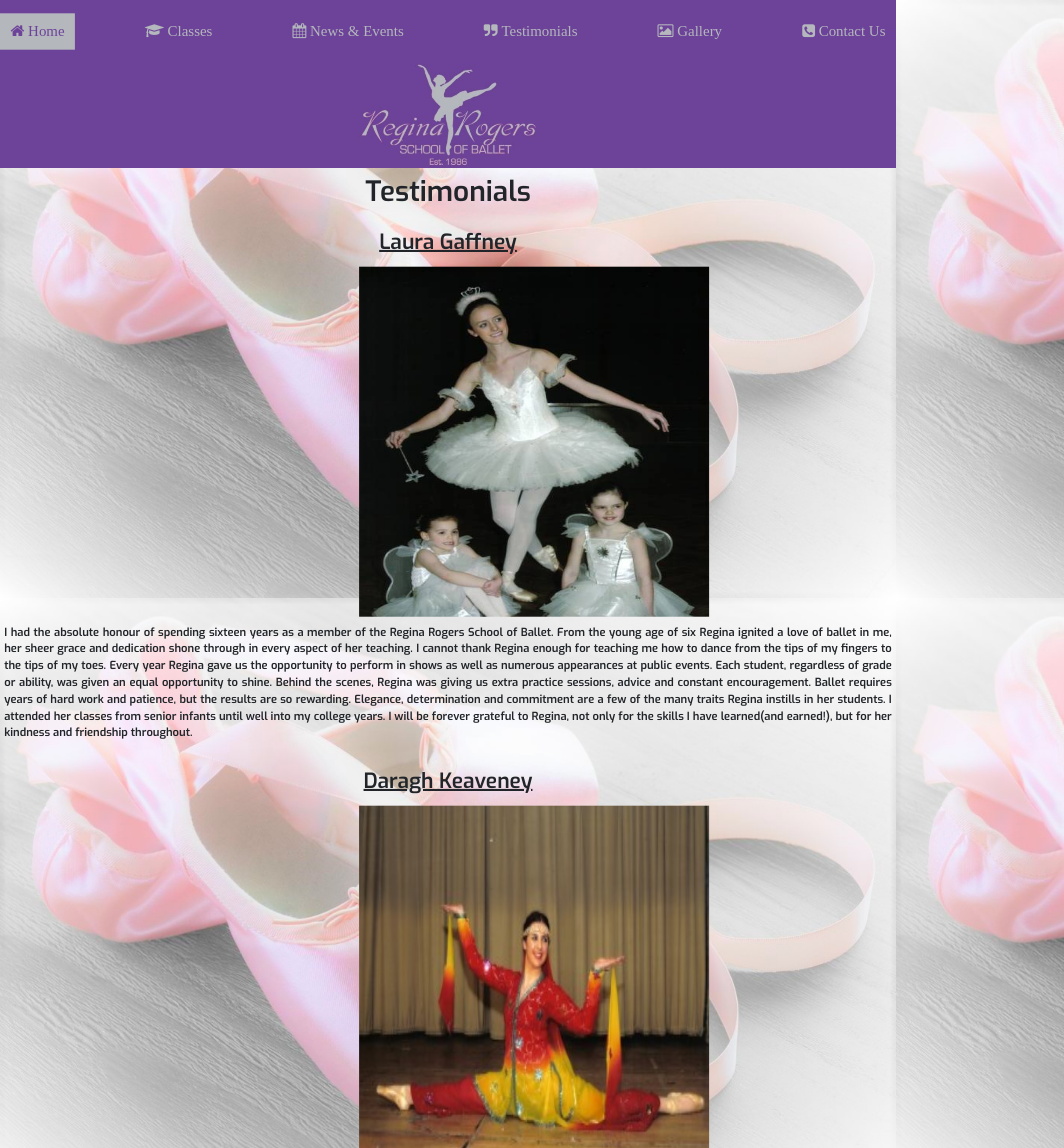
Repository: davidtmiller2010/galwayballet
Page: Testimonial.html
The author's editor kept a record of every edit. The page is drawn from the files as they stood at one moment, then again after the next edit.
The browser window is 1280 px wide. The page is 1520 px wide, then 1470 px, so the pictures cover 1520 px, including what lies to the right of the window. The pictures show the part of the page from y = 0 to 1640 px (the page is 3271 px tall), at 70% of full size.

Above is the page before.

### Testimonial.html
<!DOCTYPE html>
<html lang="en">

<head>
    <meta charset="UTF-8">
    <meta name="viewport" content="width=device-width, initial-scale=1.0">
    <meta http-equiv="X-UA-Compatible" content="ie=edge">
    <link rel="stylesheet" href="https://stackpath.bootstrapcdn.com/bootstrap/4.3.1/css/bootstrap.min.css" type="text/css" />
    <link rel="stylesheet" href="https://stackpath.bootstrapcdn.com/font-awesome/4.7.0/css/font-awesome.min.css" type="text/css" />
    <link rel="stylesheet" href="assets/CSS/style1.css" type="text/css" />
    <link href="https://fonts.googleapis.com/css?family=Exo|Roboto" rel="stylesheet">
    <link href="https://fonts.googleapis.com/css?family=Dancing+Script" rel="stylesheet">
    <title>Regina Rogers</title>
</head>

<body>
    <header>
        <div>
            <ul class="navbar">
                <li><a href="index.html" class="active col-12  col-2"><i class="fa fa-home fa-lg"> Home</i></a></li>
                <li><a href="Classes.html" class=" col-12  col-2"><i class="fa fa-graduation-cap fa-lg"> Classes</i></a></li>
                <li><a href="News.html" class=" col-12  col-2"><i class="fa fa-calendar fa-lg"> News & Events</i></a></li>
                <li><a href="Testimonial.html" class=" col-12  col-2"><i class="fa fa-quote-right fa-lg"> Testimonials</i></a></li>
                <li><a href="Gallery.html" class=" col-12  col-2"><i class="fa fa-image fa-lg"> Gallery</i></a></li>
                <li><a href="Contact.html" class=" col-12  col-2"><i class="fa fa-phone-square fa-lg"> Contact Us</i></a></li>
            </ul>
            </div>
         <div>
            <li><i class="bars fa fa-bars"> MENU </i></li>
        </div>
    </header>
    <section class="container-fluid">
        <div class="logo">
            <!---logo--->
        </div>
        <h2 class=heading>Testimonials</h2>
        <div class="row">
            <div class="testimonials">
                <h5 class="testhead">Laura Gaffney</h5>
                <img src="assets/images/laura.jpg" class="image">
                <p>I had the absolute honour of spending sixteen years as a member of the Regina Rogers School of Ballet. From the young age of six Regina ignited a love of ballet in me, her sheer grace and dedication shone through in every aspect of her
                    teaching. I cannot thank Regina enough for teaching me how to dance from the tips of my fingers to the tips of my toes. Every year Regina gave us the opportunity to perform in shows as well as numerous appearances at public events.
                    Each student, regardless of grade or ability, was given an equal opportunity to shine. Behind the scenes, Regina was giving us extra practice sessions, advice and constant encouragement. Ballet requires years of hard work and patience,
                    but the results are so rewarding. Elegance, determination and commitment are a few of the many traits Regina instills in her students. I attended her classes from senior infants until well into my college years. I will be forever grateful
                    to Regina, not only for the skills I have learned(and earned!), but for her kindness and friendship throughout.</p>

                </div>
            <div class="col-sm-1">
            </div>
            <div class="testimonials">
                <h5 class="testhead">Daragh Keaveney</h5>
                <img src="assets/images/Daragh.jpg" class="image" >
                <p>I was a student with Regina for thirteen years, taking class twice a week in ballet and jazz. For all that time, Regina and all the various teachers I’ve had have been amazing. I received great technical training in my time with the school,
                    as well as so many performance opportunities. I have always been encouraged and supported by everyone at the school and that helped me go on to pursue further training and a career in dance. Regina helped me discover my love of dance
                    and performance at an early age and I wouldn’t be the dancer I am today without everything her and the teachers at Regina Rogers School of Ballet have done for me. Daragh was accepted into the Broadway Academy, New York.</p>
            </div>

            <div class="testimonials">
                <h5 class="testhead">Gabriella Markov</h5>
                <img src="assets/images/gabriella.jpg" class="image">
                <p>“I’ve loved my year with Regina Rogers School of Ballet SO much, I don’t think I’ve ever loved Ballet more—-I’ve learned so much from brilliant teachers. The atmosphere is always fantastic, the girls were always kind to me, I’ve had fun
                    every time and I’ve learned twice as much from this atmosphere than any nasty one! One of the best experiences of my life was appearing on stage with the Perm State Ballet of Russia——-I will never ever forget it. Thank you for giving
                    me all those experiences”. Thank you for inspiring me. Senior student Gabriella Markov who returned home to Australia.</p>
            </div>
            <div class="col-sm-1">
            </div>
            <div class=" testimonials">
                <h5 class="testhead">Catherine Walsh</h5>
                <img src="assets/images/Catherine.jpg" class="image">
                <p>I began ballet at the age of 6 at the Regina Rogers School of Ballet and it was there that I developed my love for ballet. I gained great experiences from my time there, getting the opportunities to do summer schools with Russian trained
                    dancers was what made me want to go on and study ballet further at a more serious level. I loved all the opportunities we got to perform at all kinds of events and I am extremely grateful to Regina for all the help and support she
                    has given me over the 12 years I attended the school. Catherine went on to study ballet through College of Dance Dublin and London Studio Centre.</p>

            </div>
        </div>
    </section>
    <footer>
        <div class="footermessage">
            <h7 class="uppercase general">Looking for ballet classes in galway?</h7><br/>
            <p class="inline-block footermessage">
                    We have classes in Galway City and Knocknacarra.
                    <br>
                    Contact Us:
                    <a href="Contact.html" target="_blank">
                     <i class="fa fa-phone-square infobutton" aria-hidden="true"></i>
                    </a>
                        <a target="_blank" href="https://www.facebook.com/Regina-Rogers-School-of-Ballet-568812096482190/">
                            <i class="fa fa-facebook infobutton " aria-hidden="true"></i>
                            <span class="sr-only">Facebook</span>
                        </a>
                        <a target="_blank" href="https://twitter.com/Twitter">
                            <i class="fa fa-twitter infobutton " aria-hidden="true"></i>
                            <span class="sr-only">Twitter</span>
                        </a>
                        <a target="_blank" href="https://www.instagram.com/instagram/">
                            <i class="fa fa-instagram infobutton " aria-hidden="true"></i>
                            <span class="sr-only">Instagram</span>
                        </a>
                </p>
        </div>
    </footer>
    <script src="app.js"></script>
    <script src="https://code.jquery.com/jquery-3.3.1.slim.min.js" integrity="sha384-q8i/X+965DzO0rT7abK41JStQIAqVgRVzpbzo5smXKp4YfRvH+8abtTE1Pi6jizo" crossorigin="anonymous"></script>
    <script src="https://cdnjs.cloudflare.com/ajax/libs/popper.js/1.14.7/umd/popper.min.js" integrity="sha384-UO2eT0CpHqdSJQ6hJty5KVphtPhzWj9WO1clHTMGa3JDZwrnQq4sF86dIHNDz0W1" crossorigin="anonymous"></script>
    <script src="https://stackpath.bootstrapcdn.com/bootstrap/4.3.1/js/bootstrap.min.js" integrity="sha384-JjSmVgyd0p3pXB1rRibZUAYoIIy6OrQ6VrjIEaFf/nJGzIxFDsf4x0xIM+B07jRM" crossorigin="anonymous"></script>

</body>

### assets/CSS/style1.css
@import url('https://fonts.googleapis.com/css?family=Exo:100,200,300,400,500,600,700|Roboto:100,200,300,400,500,600,700');

/*----------colors---------*/

.bg-color-details {
    background: none;
    color: #6D4399;
}

.formbg {
    background: none;
}


.bg-color-contact {
    color: #6D4399;
    background: none;
}

.bars {
    background-color: #6D4399;
    color: #B4B7BC;
    margin-left: 10px;
    padding: 0;
    top: 0;
    display: block;
    cursor: pointer;
}

/*----------Header---------*/

header {
    margin-bottom: 0;
}

.navbar {
    overflow: hidden;
    background-color: #6D4399;
    position: fixed;
    top: 0;
    width: 100%;
    height: 90px;
    padding: 0;
    float: right;
}

.icons {
    display: none;
}

ul {
    list-style-type: none;
    margin-bottom: 0;
    margin-top: 0;
    padding: 0;
    background-color: #6D4399;

}

li {
    float: left;
    list-style: none;
}

li a {
    display: block;
    color: #B4B7BC;
    text-align: center;
    padding: 14px 16px;
    text-decoration: none;
}

li a:hover:not(.active) {
    background-color: #B4B7BC;
}

li a:hover {
    color: white;
    background-color: #6D4399;
}

.active {
    background-color: #B4B7BC;
    color: #6D4399;
}


/*----------body---------*/

body {
    top: 20px;
    background-image: url("../images/balletshoes.jpg");
    background-size: 100%;
    font-family: "Exo", sans-serif;
}

.logo {
    background: #6D4399;
    background-image: url("../images/reginalogo3.jpg");
    background-position: center;
    background-repeat: no-repeat;
    background-size: contain;
    top: 0;
    width: 100%;
    position: relative;
    height: 150px;
    padding: 0;
    z-index: -1;
    margin: 0;
}


.row {
    margin-left: 5px;
    margin-right: 5px;

}

.layout {
    z-index: -1;
}

.paragraph {
    margin: 10px 0;
    text-align: justify;
    text-justify: inter-word;
    font-family: "Exo", Times, serif;
    font-size: 10px;
    font-weight: 500;
    z-index: -1;
}


/*----------Footer---------*/

footer {
    background: #6D4399;
    color: #6D4399;
    padding-bottom: 10px;
    margin: 0;
    text-align: center;
    height: 50px;
}

.footermessage {
    background-color: #B4B7BC;
    margin: 0;
    height: 50px;
    padding: 0px;
}

.infobutton {
    background-color: #B4B7BC;
    font-size: 20px;
    color: #6D4399;
    margin: 0;
    margin-top: 5px;
    padding: 0;
    transition: all 0.5s ease-in-out;
    -moz-transition: all 0.5s ease-in-out;
    -webkit-transition: all 0.5s ease-in-out;
    -o-transition: all 0.5s ease-in-out;
}

.infobutton:hover {
    color: white;
}

/*----------Tables---------*/

table th {
    background: #6D4399;
    color: white;
    border: solid;
    border-color: #6D4399;
    text-align: center;
}

table td {
    border: solid;
    color: black;
    border-color: #6D4399;
}

#formstyle {
    width: 50%;
    display: inline-block;
    text-align: center;
    margin-left: 25%;
    margin-right: 25%;
}

.form-row {
    margin-top: 5px;
}

/*----------General---------*/

.headers {
    font-weight: 800;
    font-family: "Exo", sans-serif;
    text-align: center;
    text-decoration: underline;
}

.heading {
    font-weight: 600;
    font-family: "Exo", sans-serif;
    text-align: center;
    margin-top: 10px;
    font-size: 40px;

}

.headerstyle {
    font-weight: 700;
    font-family: "Exo", sans-serif;
    text-align: center;
    margin-bottom: 15px;
}

.testhead {
    font-weight: 600;
    font-family: "Exo", sans-serif;
    text-align: center;
    margin-top: 20px;
    font-size: 30px;
    text-decoration: underline;
}

.container-fluid {
    padding: 0;
    margin: 0;
}

.contact-heading {
    margin: 25px 0;
}

.gallery {
    margin: 1px;
    width: 100%;
    text-align: center;
}

.news {
    z-index: -1;
    font-weight: 600;
    text-align: center;
    margin: 10px 0 20px 0px;
}

.newsheader {
    margin-top: 10px;
    text-align: center;
    text-decoration: underline;
    font-weight: bold;
    color: #696969;
}

.bordernews {
    border-style: solid;
    border-width: 1px;
    font-weight: 600;
}

/*----------Testimonials---------*/

.testimonials {
    padding: 0;
    margin: 5px;
    width: 100%;
    text-align: justify;
    z-index: -1;
    font-weight: 600;
    font-family: "Exo", sans-serif;
}

.image {
    width: 250px;
    height: 200px;
    margin: 5px 12.5%;
}

/*----------Media Queries---------*/

@media screen and (max-width: 767px)
/* Mobile */

    {

    ul {
        font-size: 8px;
    }


    nav ul a {
        margin-right: 60%;
        display: inline-block;
    }
    .fontsize {
        font-size: 10px;
        margin-bottom: 25px;
        text-align: justify;
        margin-right: 10px;
    }

    .center {
        width: 50%;
        display: block;
        margin-left: auto;
        margin-right: auto;
        height: 50%;
    }

    .table {
        border: solid;
        width: 90%;
        height: 100%;
        color: black;
        border-color: #6D4399;
        margin-left: 10%;
        margin-right: 10%;
        background-color: #B4B7BC;
        overflow: auto;
        font-size: 10px;
    }

    .responsive {
        overflow: auto;
        height: 100%;
        width: 340px;
        margin: 0;

    }

    .picdimensions {
        width: 200px;
        height: 150px;
    }

    .parastyle {
        font-size: 15px;
    }

    .navbar {
        display: flex;
        flex-direction: column;
        align-items: center;
        background-color: #6D4399;
        position: absolute;
        top: 25px;
        width: 35%;
        height: 300px;
        padding: 0;
        float: right;
        transform: translateX(-100%);
        transition: transform 1s ease-in-out;
    }

    .navbar-active {
        transform: translateX(0);
    }


}

@media screen and (min-width: 768px) and (max-width: 991px)
/* Tablet */

    {

    ul {
        font-size: 10px;
    }

    .bars {
        display: none;
    }

    nav ul a {
        margin-right: 25%;
        display: inline-block;
    }

    .gallery {
        margin: 1px;
        width: 49%;
        text-align: center;
    }

    .testimonials {
        padding: 0;
        margin: 1px;
        width: 100%;
        text-align: justify;
        z-index: -1;
        font-weight: 600;
        font-family: "Exo", sans-serif;
    }

    .image {
        width: 400px;
        height: 250px;
        margin: 10px 25%;
        align-items: center;
    }

    .center {
        width: 60%;
        display: block;
        margin: 5px 20% 5px 20%;
        height: 50%;
        text-align: center;
    }
    .fontsize {
        font-size: 20px;
        margin-bottom: 20px;
        margin-right: 10px;
        text-align: justify;
    }

    .newsheader {
        margin-top: 10px;
        text-align: center;
        text-decoration: underline;
        font-weight: bold;
        color: #191970;
        font-size: 30px;
    }

    .table {
        border: solid;
        width: 100%;
        height: 100%;
        color: black;
        border-color: #6D4399;
        margin-left: 10%;
        margin-right: 10%;
        background-color: #B4B7BC;
        overflow: auto;
    }

    .responsive {
        overflow: auto;
        height: 100%;
        width: 660px;
        margin-left: 10px;
        margin-right: 10px;

    }

    .picdimensions {
        width: 300px;
        height: 200px;
    }

    .paragraph {
        margin: 10px 0;
        text-align: justify;
        text-justify: inter-word;
        font-family: "Exo", Times, serif;
        font-size: 20px;
        font-weight: 500;
        z-index: -1;
    }

    .navbar {
        overflow: hidden;
        background-color: #6D4399;
        position: fixed;
        top: 0;
        width: 100%;
        height: 90px;
        padding: 0;
        float: right;
    }
    header {
        margin-bottom: 90px;
    }
}

@media screen and (min-width: 992px)
/* Desktop */

    {
    .bars {
        display: none;
    }


    .gallery {
        margin: 1px;
        width: 24%;
        text-align: center;
    }

    .testimonials {
        padding: 0;
        margin: 1px;
        width: 100%;
        text-align: justify;
        z-index: -1;
        font-weight: 600;
        font-family: "Exo", sans-serif;
    }

    .image {
        width: 500px;
        height: 500px;
        margin: 10px 40%;
    }

    .center {
        width: 600px;
        display: block;
        margin: 10px 30px 10px 60px;
        height: 300px;
        text-align: center;

    }

    .fontsize {
        font-size: 25px;
        margin-bottom: 10px;
        text-align: justify;
        margin-right: 10px;
    }

    .newsheader {
        margin-top: 10px;
        text-align: left;
        text-decoration: underline;
        font-weight: bold;
        color: #6D4399;
        font-size: 40px;
    }

    .table {
        border: solid;
        width: 100%;
        height: 100%;
        color: black;
        border-color: #6D4399;
        background-color: #B4B7BC;
        overflow: auto;
    }

    .responsive {
        overflow: auto;
        height: 100%;
        width: 90%;
        margin-left: 5%;
        margin-right: 5%;

    }

    .picdimensions {
        width: 450px;
        height: 300px;
    }

    .paragraph {
        margin: 10px 0;
        text-align: justify;
        text-justify: inter-word;
        font-family: "Exo", Times, serif;
        font-size: 23px;
        font-weight: 500;
        z-index: -1;
    }

    .navbar {
        overflow: hidden;
        background-color: #6D4399;
        position: fixed;
        top: 0;
        width: 100%;
        height: 90px;
        padding: 0;
        float: right;
    }
    header {
        margin-bottom: 90px;
    }
}

### app.js
// JavaScript File
const navbarSlide = () => {
    const bars = document.querySelector('.bars');
    const navbar = document.querySelector('.navbar');

    bars.addEventListener('click', () => {
        navbar.classList.toggle('navbar-active');
    })
}

navbarSlide();

After the next edit:
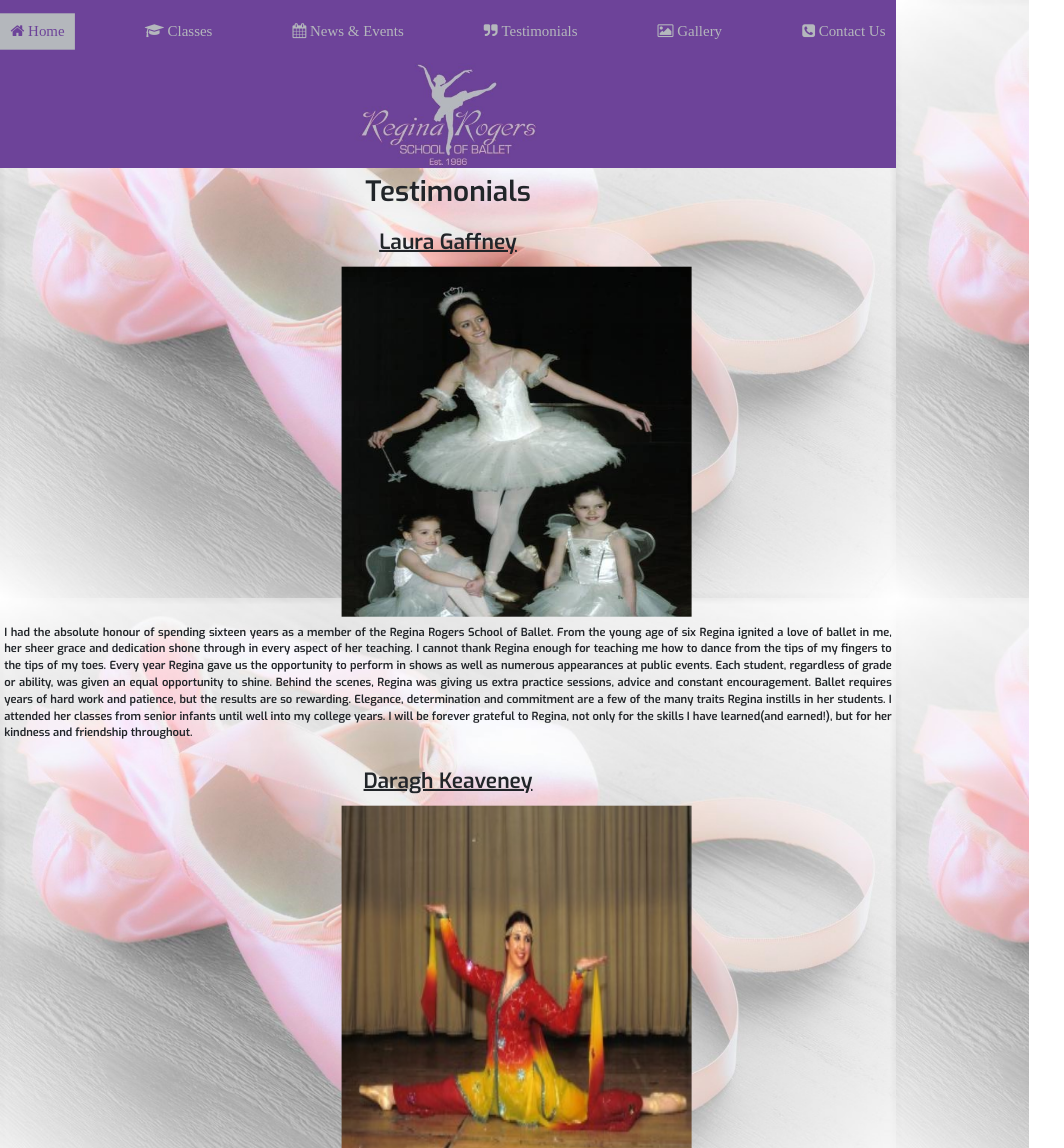
The edit:
--- a/assets/CSS/style1.css
+++ b/assets/CSS/style1.css
@@ -508,7 +508,8 @@
     .image {
         width: 500px;
         height: 500px;
-        margin: 10px 40%;
+        margin: 10px 38%;
+
     }
 
     .center {
